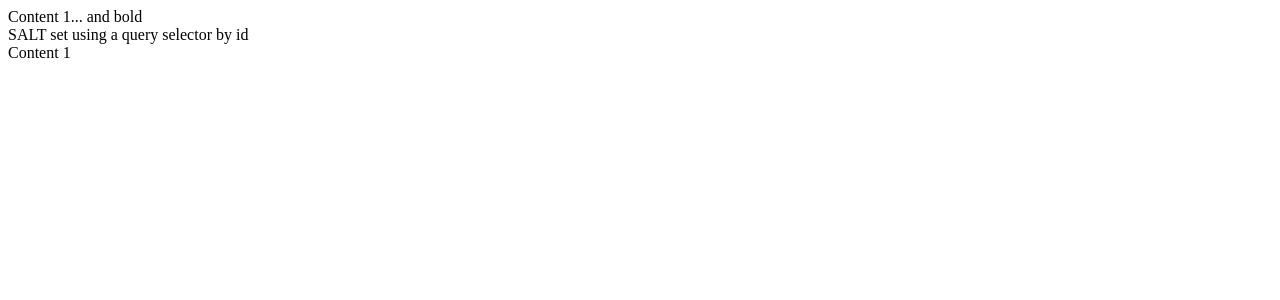
Repository: sammkrt/saltPrecourse
Page: jsDom-trainingGround/index.html
These files come from the project's save history. The page is drawn as it stood at one moment and after the next save; the edit follows.
The browser window is 1280 px wide. The pictures show the whole page.

Above is the page before, as saved 2022-12-23 20:37:05.

### jsDom-trainingGround/index.html
<!DOCTYPE html>
<html lang="en">
<head>
    <meta charset="UTF-8">
    <meta http-equiv="X-UA-Compatible" content="IE=edge">
    <meta name="viewport" content="width=device-width, initial-scale=1.0">
    <title>Javascript training ground</title>
    <script src="functions.js"></script>
    <script>
        console.log("salt> In the head.");
    </script>
</head>
<body>
    <script>
        console.log("salt> Start of body");
    </script>
    <main>
        <div name="content" class="big bold bright">Content 1</div>
        <div class="big bold" id="companyName">Content 1</div>
        <div name="content" class="big">Content 1</div>
    </main>
    <script>
        const companyName = myFunctions.getCompanyName();
        document.getElementById('companyName').innerHTML = companyName;
        const boldNodes = document.getElementsByClassName("bold");
        for (let i = 0; i < boldNodes.length; i++) {
            boldNodes[i].innerHTML += "... and bold"
        }

        const companyNameElement = document.querySelector('#companyName');
        companyNameElement.innerHTML = companyName + ' set using a query selector by id';

        const boldNodesQuerySelected = document.querySelector('.bold');
        for (let i = 0; i < boldNodes.length; i++) {
            boldNodes[i] += '... and bold selected with query ';
        }
    </script>
</body>
</html>

### jsDom-trainingGround/functions.js
const myFunctions = {
    getCompanyName : function () {
        return "SALT";
        console.log(this);
    }
}

console.log("salt> Functions loaded");

After the next save:
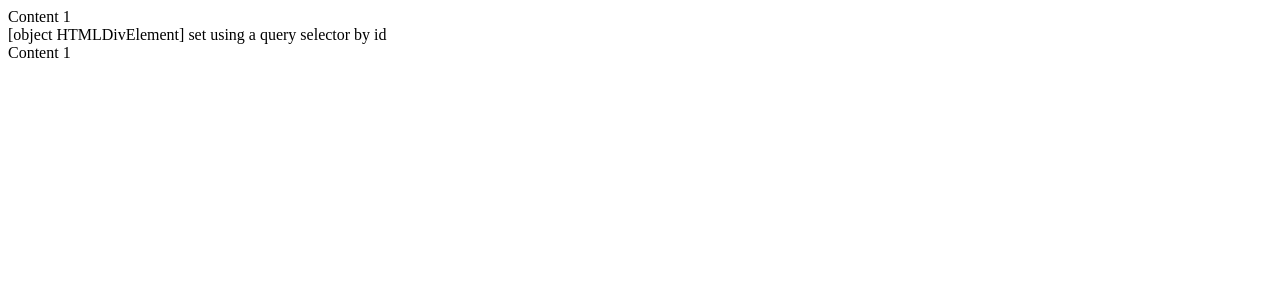
Console error: ReferenceError: boldNodes is not defined
Saved 42 s later.
--- a/jsDom-trainingGround/index.html
+++ b/jsDom-trainingGround/index.html
@@ -20,13 +20,14 @@
         <div name="content" class="big">Content 1</div>
     </main>
     <script>
+        /*
         const companyName = myFunctions.getCompanyName();
         document.getElementById('companyName').innerHTML = companyName;
         const boldNodes = document.getElementsByClassName("bold");
         for (let i = 0; i < boldNodes.length; i++) {
             boldNodes[i].innerHTML += "... and bold"
         }
-
+        */
         const companyNameElement = document.querySelector('#companyName');
         companyNameElement.innerHTML = companyName + ' set using a query selector by id';
 

After the 3 saves that followed:
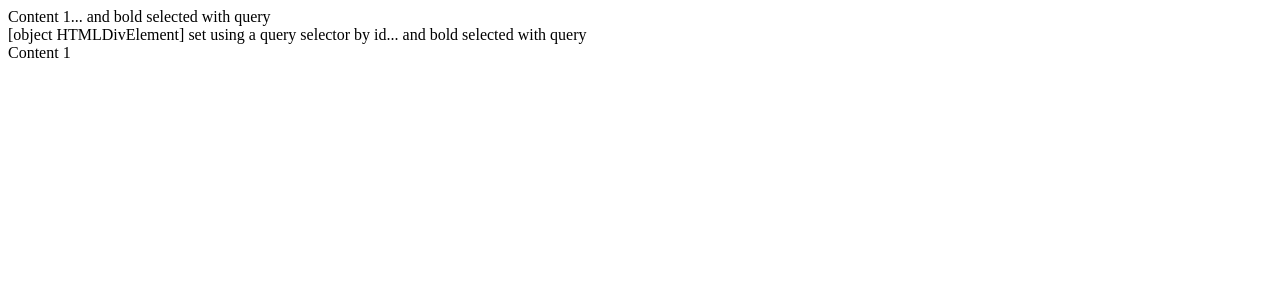
The error is gone.
The 3 saves are shown as one change because 2 left the picture as it was.
The last was saved 91 s later.
--- a/jsDom-trainingGround/index.html
+++ b/jsDom-trainingGround/index.html
@@ -31,9 +31,9 @@
         const companyNameElement = document.querySelector('#companyName');
         companyNameElement.innerHTML = companyName + ' set using a query selector by id';
 
-        const boldNodesQuerySelected = document.querySelector('.bold');
-        for (let i = 0; i < boldNodes.length; i++) {
-            boldNodes[i] += '... and bold selected with query ';
+        const boldNodesQuerySelected = document.querySelectorAll('.bold');
+        for (let i = 0; i < boldNodesQuerySelected.length; i++) {
+            boldNodesQuerySelected[i].innerHTML += '... and bold selected with query ';
         }
     </script>
 </body>
